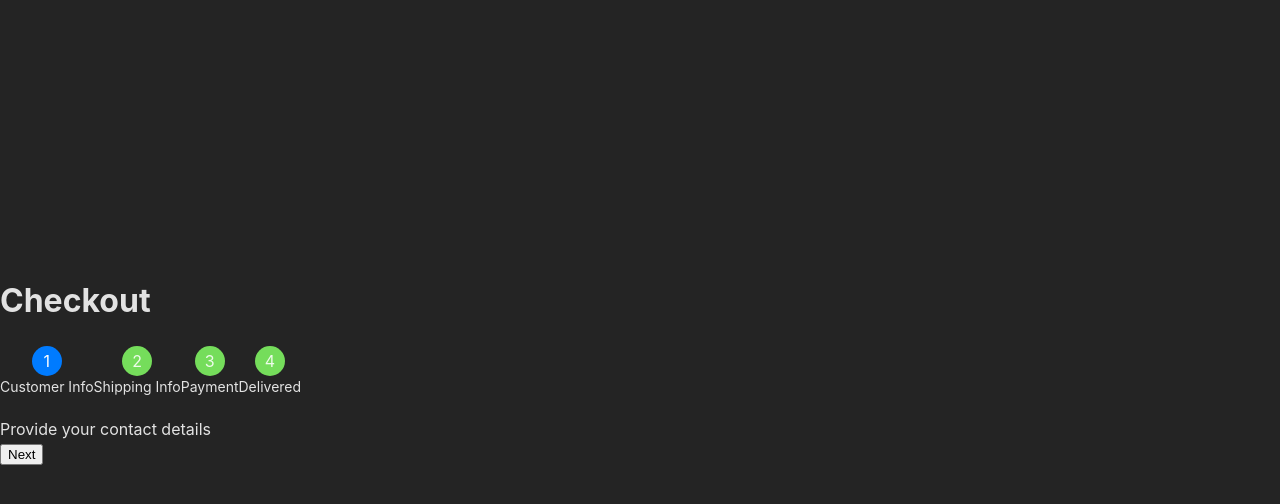
Repository: s-babaeizadeh/stepper-react
Page: /
The author's editor kept a copy of each file at every save. The page is drawn from the files as they stood at one save, then again after the next save.
The browser window is 1280 px wide. The pictures show the whole page.
The project was rebuilt for these pictures with package versions that can differ from the ones it lists, and the page was loaded fresh each time. Also part of the build but not shown: vite.config.js.

Above is the page before, as saved 2024-08-10 12:03:14.

After the next save:
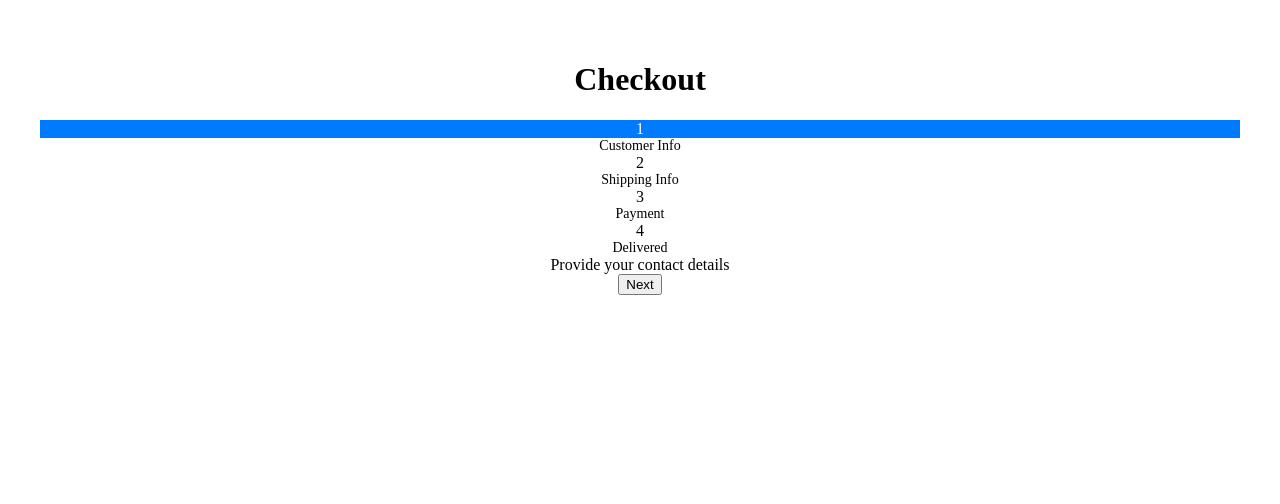
Saved 70 s later.
--- a/src/App.css
+++ b/src/App.css
@@ -1,50 +1,8 @@
-:root {
-  font-family: Inter, system-ui, Avenir, Helvetica, Arial, sans-serif;
-  line-height: 1.5;
-  font-weight: 400;
-
-  color-scheme: light dark;
-  color: rgba(255, 255, 255, 0.87);
-  background-color: #242424;
-
-  font-synthesis: none;
-  text-rendering: optimizeLegibility;
-  -webkit-font-smoothing: antialiased;
-  -moz-osx-font-smoothing: grayscale;
-}
-
-body {
-  margin: 0;
-  display: flex;
-  place-items: center;
-  min-width: 320px;
-  min-height: 100vh;
-}
-
-.stepper {
-  position: relative;
-  display: flex;
-  align-items: center;
-  justify-content: space-between;
-  margin-bottom: 20px;
-}
-
-.step {
-  display: flex;
-  flex-direction: column;
-  align-items: center;
-  position: relative;
-}
-
-.step-number {
-  width: 30px;
-  height: 30px;
-  border-radius: 50%;
-  background-color: #75dd5b;
-  display: flex;
-  justify-content: center;
-  align-items: center;
-  z-index: 2;
+#root {
+  /* max-width: 1280px; */
+  margin: 0 auto;
+  padding: 2rem;
+  text-align: center;
 }
 
 .step-name {
@@ -72,5 +30,5 @@ body {
 .progress {
   height: 100%;
   background-color: #28a745;
-  transition: 0.2s ease;
+  transition: 0.25 ease;
 }
